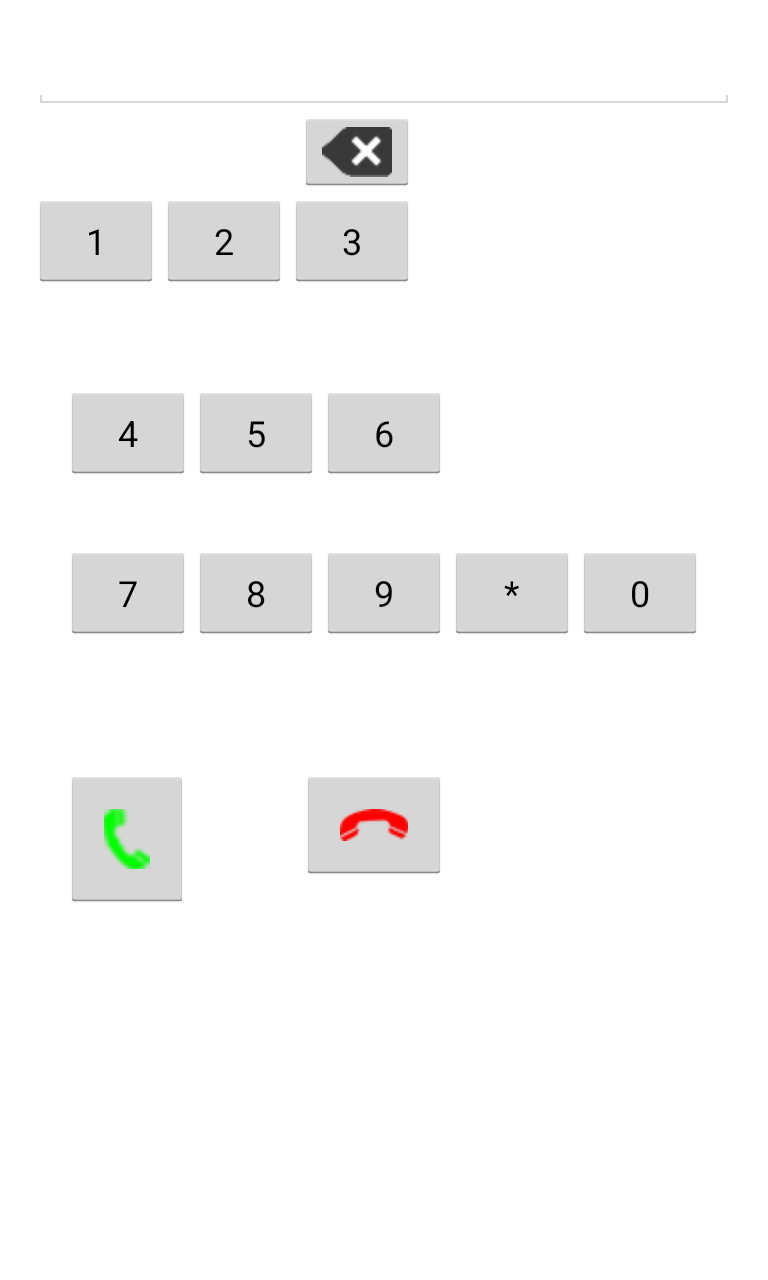
Repository: andreeastoican/Laborator03
Layout: PhoneDialer/res/layout/activity_phone_dialer.xml
An editor plug-in stored every save of this project. The layout is shown before and after the next save, followed by the edit.
It is drawn on a 768 x 1280 px phone screen (xhdpi) without system bars, with theme AppTheme; the app's code is not run.

Above is the layout before, as saved 2015-03-10 09:58:24.

### PhoneDialer/res/layout/activity_phone_dialer.xml
<LinearLayout xmlns:android="http://schemas.android.com/apk/res/android"
    xmlns:tools="http://schemas.android.com/tools"
    android:layout_width="match_parent"
    android:layout_height="match_parent"
    android:paddingBottom="@dimen/activity_vertical_margin"
    android:paddingLeft="@dimen/activity_horizontal_margin"
    android:paddingRight="@dimen/activity_horizontal_margin"
    android:paddingTop="@dimen/activity_vertical_margin"
    android:orientation="vertical"
    tools:context="ro.pub.cs.systems.pdsd.lab03.phonedialer.PhoneDialerActivity" >

    <EditText
        android:id="@+id/id_edit_text"
		android:layout_width="fill_parent"
	    android:layout_height="wrap_content"
	    android:ems="10"
	    android:inputType="text"
	    android:enabled="false"
        />

    <GridLayout
	    android:id="@+id/GridLayout1"
	    android:layout_width="wrap_content"
	    android:layout_height="wrap_content"
	    tools:context=".GridXMLActivity"
	    android:rowCount="6"
	    android:columnCount="3" >

        <ImageButton
        android:id="@+id/id_img_button"
        android:layout_width="wrap_content"
        android:layout_height="wrap_content"
        android:src="@drawable/backspace"
        android:layout_below="@id/id_edit_text"
        android:layout_alignParentRight="true"
        android:layout_gravity="right"
		android:layout_columnSpan="3"
    	/>

        <Button
			    android:id="@+id/id1"
		    android:layout_width="wrap_content"
	        android:layout_height="wrap_content"
	        android:text="1"
		    />
		<Button
		    android:id="@+id/id2"
		    android:layout_width="wrap_content"
	        android:layout_height="wrap_content"
	        android:text="2"
		    />
		<Button
		    android:id="@+id/id3"
		    android:layout_width="wrap_content"
	        android:layout_height="wrap_content"
	        android:text="3"
		    />

    </GridLayout>



	<LinearLayout
	      android:id="@+id/layout1"
		  android:layout_below="@id/id_img_button"
		  android:layout_width="wrap_content"
		  android:layout_height="wrap_content"
		  android:paddingBottom="@dimen/activity_vertical_margin"
		  android:paddingLeft="@dimen/activity_horizontal_margin"
		  android:paddingRight="@dimen/activity_horizontal_margin"
		  android:paddingTop="@dimen/activity_vertical_margin"
		  android:orientation="horizontal">



	</LinearLayout>

	<LinearLayout
	  android:layout_below="@id/layout1"
	  android:id="@+id/layout2"
	  android:layout_width="wrap_content"
	  android:layout_height="wrap_content"
	  android:paddingBottom="@dimen/activity_vertical_margin"
	  android:paddingLeft="@dimen/activity_horizontal_margin"
	  android:paddingRight="@dimen/activity_horizontal_margin"
	  android:paddingTop="@dimen/activity_vertical_margin"
	  android:orientation="horizontal">

		<Button
		    android:id="@+id/id4"
		    android:layout_width="wrap_content"
	        android:layout_height="wrap_content"
	        android:text="4"
		    />
		<Button
		    android:id="@+id/id5"
		    android:layout_width="wrap_content"
	        android:layout_height="wrap_content"
	        android:text="5"
		    />
		<Button
		    android:id="@+id/id6"
		    android:layout_width="wrap_content"
	        android:layout_height="wrap_content"
	        android:text="6"
		    />

	</LinearLayout>


	<LinearLayout
	  android:layout_below="@id/layout2"
	  android:id="@+id/layout3"
	  android:layout_width="wrap_content"
	  android:layout_height="wrap_content"
	  android:paddingBottom="@dimen/activity_vertical_margin"
	  android:paddingLeft="@dimen/activity_horizontal_margin"
	  android:paddingRight="@dimen/activity_horizontal_margin"
	  android:paddingTop="@dimen/activity_vertical_margin"
	  android:orientation="horizontal">

		<Button
		    android:id="@+id/id7"
		    android:layout_width="wrap_content"
	        android:layout_height="wrap_content"
	        android:text="7"
		    />
		<Button
		    android:id="@+id/id8"
		    android:layout_width="wrap_content"
	        android:layout_height="wrap_content"
	        android:text="8"
		    />
		<Button
		    android:id="@+id/id9"
		    android:layout_width="wrap_content"
	        android:layout_height="wrap_content"
	        android:text="9"
		    />
		<Button
		    android:id="@+id/id10"
		    android:layout_width="wrap_content"
	        android:layout_height="wrap_content"
	        android:text="*"
		    />
		<Button
		    android:id="@+id/id0"
		    android:layout_width="wrap_content"
	        android:layout_height="wrap_content"
	        android:text="0"
		    />
		<Button
		    android:id="@+id/id11"
		    android:layout_width="wrap_content"
	        android:layout_height="wrap_content"
	        android:text="#"
		    />

	</LinearLayout>

	<LinearLayout
	  android:layout_below="@id/layout3"
	  android:id="@+id/layout4"
	  android:layout_width="wrap_content"
	  android:layout_height="wrap_content"
	  android:paddingBottom="@dimen/activity_vertical_margin"
	  android:paddingLeft="@dimen/activity_horizontal_margin"
	  android:paddingRight="@dimen/activity_horizontal_margin"
	  android:paddingTop="@dimen/activity_vertical_margin"
	  android:orientation="horizontal">


	</LinearLayout>

	<RelativeLayout
	  android:layout_below="@id/layout4"
	  android:layout_width="wrap_content"
	  android:layout_height="wrap_content"
	  android:paddingBottom="@dimen/activity_vertical_margin"
	  android:paddingLeft="@dimen/activity_horizontal_margin"
	  android:paddingRight="@dimen/activity_horizontal_margin"
	  android:paddingTop="@dimen/activity_vertical_margin"
	  android:orientation="horizontal">

		<ImageButton
		    android:id="@+id/img_on"
		    android:layout_width="wrap_content"
	        android:layout_height="wrap_content"
	        android:src="@drawable/call"
	        android:padding="20dp"
		    />

		<ImageButton
		    android:id="@+id/img_off"
		    android:layout_width="wrap_content"
	        android:layout_height="wrap_content"
	        android:text="#"
	        android:layout_toRightOf="@id/img_on"
	        android:padding="20dp"
	        android:layout_marginLeft="55dp"
	        android:src="@drawable/hangup"
		    />
	</RelativeLayout>"

</LinearLayout>

Loaded but not shown: PhoneDialer/res/values/styles.xml (common file); PhoneDialer/res/values-v11/styles.xml (common file); PhoneDialer/res/values-v14/styles.xml (common file); PhoneDialer/res/values/dimens.xml (common file); PhoneDialer/res/values-w820dp/dimens.xml (common file)

After the next save:
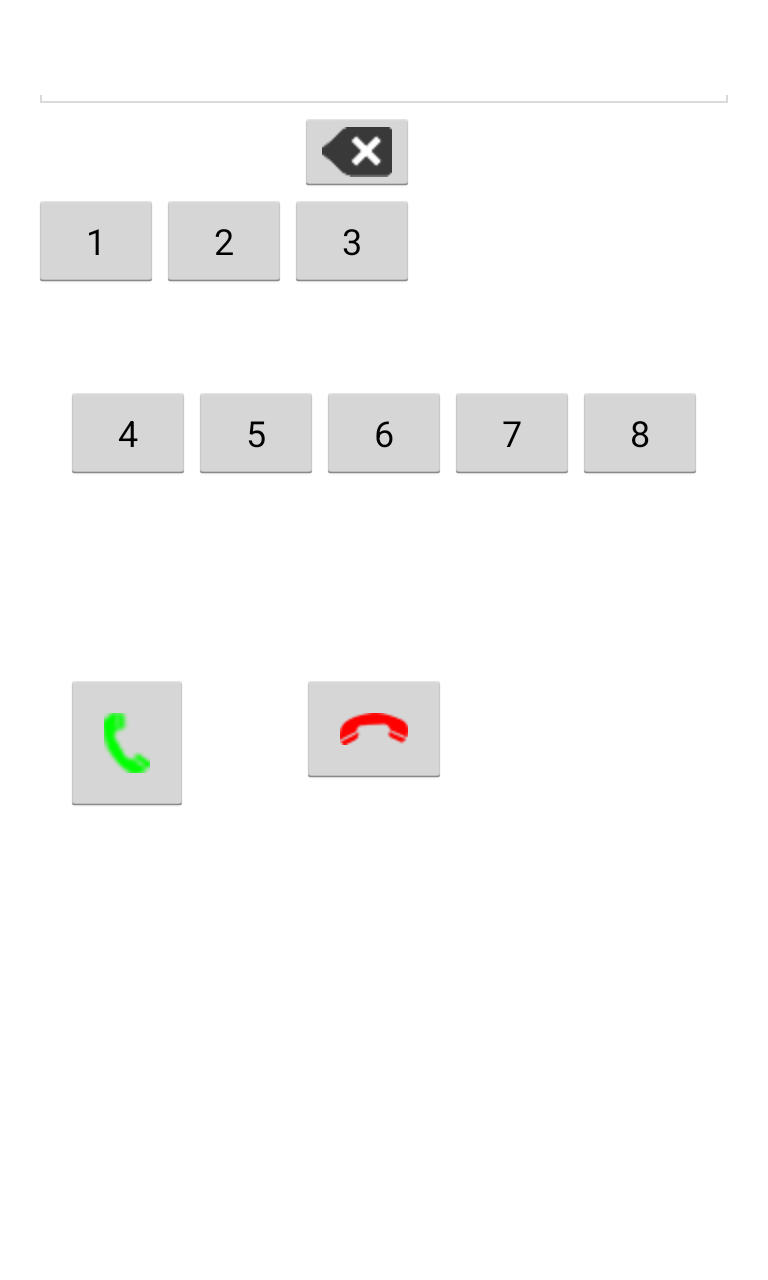
Saved 38 s later.
--- a/PhoneDialer/res/layout/activity_phone_dialer.xml
+++ b/PhoneDialer/res/layout/activity_phone_dialer.xml
@@ -105,6 +105,43 @@
 	        android:text="6"
 		    />
 
+		<Button
+		    android:id="@+id/id7"
+		    android:layout_width="wrap_content"
+	        android:layout_height="wrap_content"
+	        android:text="7"
+		    />
+		<Button
+		    android:id="@+id/id8"
+		    android:layout_width="wrap_content"
+	        android:layout_height="wrap_content"
+	        android:text="8"
+		    />
+		<Button
+		    android:id="@+id/id9"
+		    android:layout_width="wrap_content"
+	        android:layout_height="wrap_content"
+	        android:text="9"
+		    />
+		<Button
+		    android:id="@+id/id10"
+		    android:layout_width="wrap_content"
+	        android:layout_height="wrap_content"
+	        android:text="*"
+		    />
+		<Button
+		    android:id="@+id/id0"
+		    android:layout_width="wrap_content"
+	        android:layout_height="wrap_content"
+	        android:text="0"
+		    />
+		<Button
+		    android:id="@+id/id11"
+		    android:layout_width="wrap_content"
+	        android:layout_height="wrap_content"
+	        android:text="#"
+		    />
+
 	</LinearLayout>
 
 
@@ -119,42 +156,7 @@
 	  android:paddingTop="@dimen/activity_vertical_margin"
 	  android:orientation="horizontal">
 
-		<Button
-		    android:id="@+id/id7"
-		    android:layout_width="wrap_content"
-	        android:layout_height="wrap_content"
-	        android:text="7"
-		    />
-		<Button
-		    android:id="@+id/id8"
-		    android:layout_width="wrap_content"
-	        android:layout_height="wrap_content"
-	        android:text="8"
-		    />
-		<Button
-		    android:id="@+id/id9"
-		    android:layout_width="wrap_content"
-	        android:layout_height="wrap_content"
-	        android:text="9"
-		    />
-		<Button
-		    android:id="@+id/id10"
-		    android:layout_width="wrap_content"
-	        android:layout_height="wrap_content"
-	        android:text="*"
-		    />
-		<Button
-		    android:id="@+id/id0"
-		    android:layout_width="wrap_content"
-	        android:layout_height="wrap_content"
-	        android:text="0"
-		    />
-		<Button
-		    android:id="@+id/id11"
-		    android:layout_width="wrap_content"
-	        android:layout_height="wrap_content"
-	        android:text="#"
-		    />
+
 
 	</LinearLayout>
 
